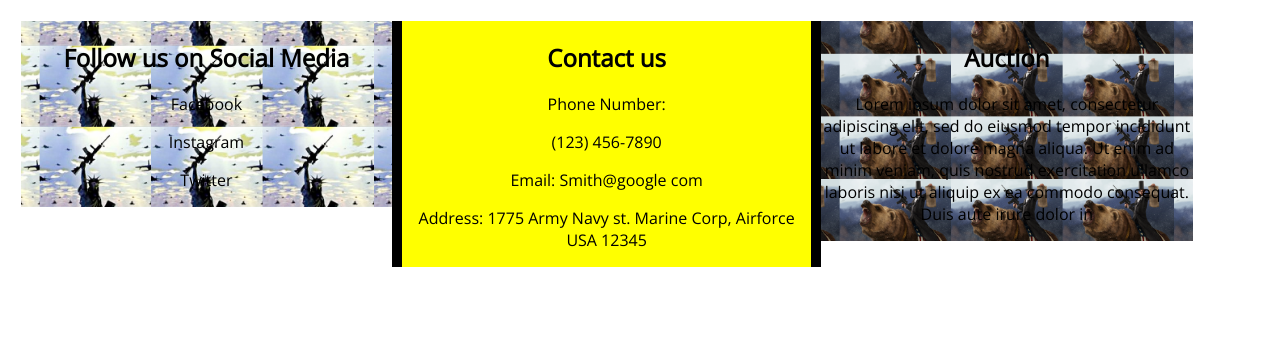
Repository: 3EyEdRav3n/10-2020-cohort-course
Page: week-1/Week-1 Assignment/index.html
These files come from the project's save history. The page is drawn as it stood at one moment and after the next save; the edit follows.
The browser window is 1280 px wide. The pictures show the whole page.

Above is the page before, as saved 2020-11-01 21:47:56.

### week-1/Week-1 Assignment/index.html
<!DOCTYPE html>
<html lang="en">
  <head>
    <meta charset="UTF-8" />
    <meta name="viewport" content="width=device-width, initial-scale=1.0" />
    <link rel="stylesheet" href="./styles.css" />
    <link
      href="https://fonts.googleapis.com/css2?family=Open+Sans&display=swap"
      rel="stylesheet"
    />
    <link
      href="https://fonts.googleapis.com/css2?family=Open+Sans&family=Roboto+Slab:wght@500&display=swap"
      rel="stylesheet"
    />

    <title>VetTech</title>
  </head>
  <body>
    <div class="container">
      <div class="left-col">
        <h2>Follow us on Social Media</h2>
        <p>Facebook</p>
        <p>Instagram</p>
        <p>Twitter</p>
      </div>

      <div class="center-col">
        <h2>Contact us</h2>
        <p class="ph">Phone Number:
          <p>(123) 456-7890</p>
        </p>
        <p class="em">Email: Smith@google com</p>
        <p class="add">
          Address: 1775 Army Navy st. Marine Corp, Airforce USA 12345
        </p>
      </div>
      <div class="right-col">
        <h2>Auction</h2>
        <p>
          Lorem ipsum dolor sit amet, consectetur adipiscing elit, sed do
          eiusmod tempor incididunt ut labore et dolore magna aliqua. Ut enim ad
          minim veniam, quis nostrud exercitation ullamco laboris nisi ut
          aliquip ex ea commodo consequat. Duis aute irure dolor in
        </p>
      </div>
    </div>
  </body>
</html>

### week-1/Week-1 Assignment/styles.css

.container{
        font-family: 'Open Sans', sans-serif;
        min-height:500px;
        padding: 1%;
        box-sizing: border-box;
}
.left-col{
        background-image: url("/images/liberty.jpg");
        background-position: bottom center;
        background-size: 30%;
        background-color: #cccccc;
        text-align: center;
        width: 30%;
        float: left;
}
.center-col{
        background-color: yellow;
        border-left: 10px solid;
        border-right: 10px solid;
        text-align: center;
        width: 33%;
        float: left;
}
.right-col{
        background-image: url("/images/lincoln.jpg");
        background-position: bottom center;
        background-size: 30%;
        background-color: #cccccc;
        text-align: center;
        float: left;
        width: 30%;

}



h1 {
        font-family: 'Open Sans', sans-serif;
}

After the next save:
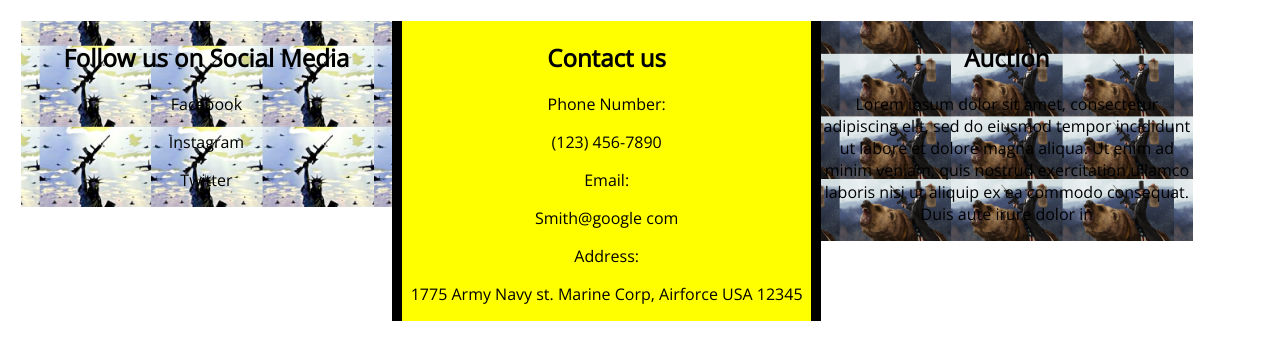
Saved 55 s later.
--- a/week-1/Week-1 Assignment/index.html
+++ b/week-1/Week-1 Assignment/index.html
@@ -29,9 +29,13 @@
         <p class="ph">Phone Number:
           <p>(123) 456-7890</p>
         </p>
-        <p class="em">Email: Smith@google com</p>
+        <p class="em">Email:
+          <p>Smith@google com</p>
+        </p>
+
         <p class="add">
-          Address: 1775 Army Navy st. Marine Corp, Airforce USA 12345
+          Address:
+          <p>1775 Army Navy st. Marine Corp, Airforce USA 12345</p>
         </p>
       </div>
       <div class="right-col">
